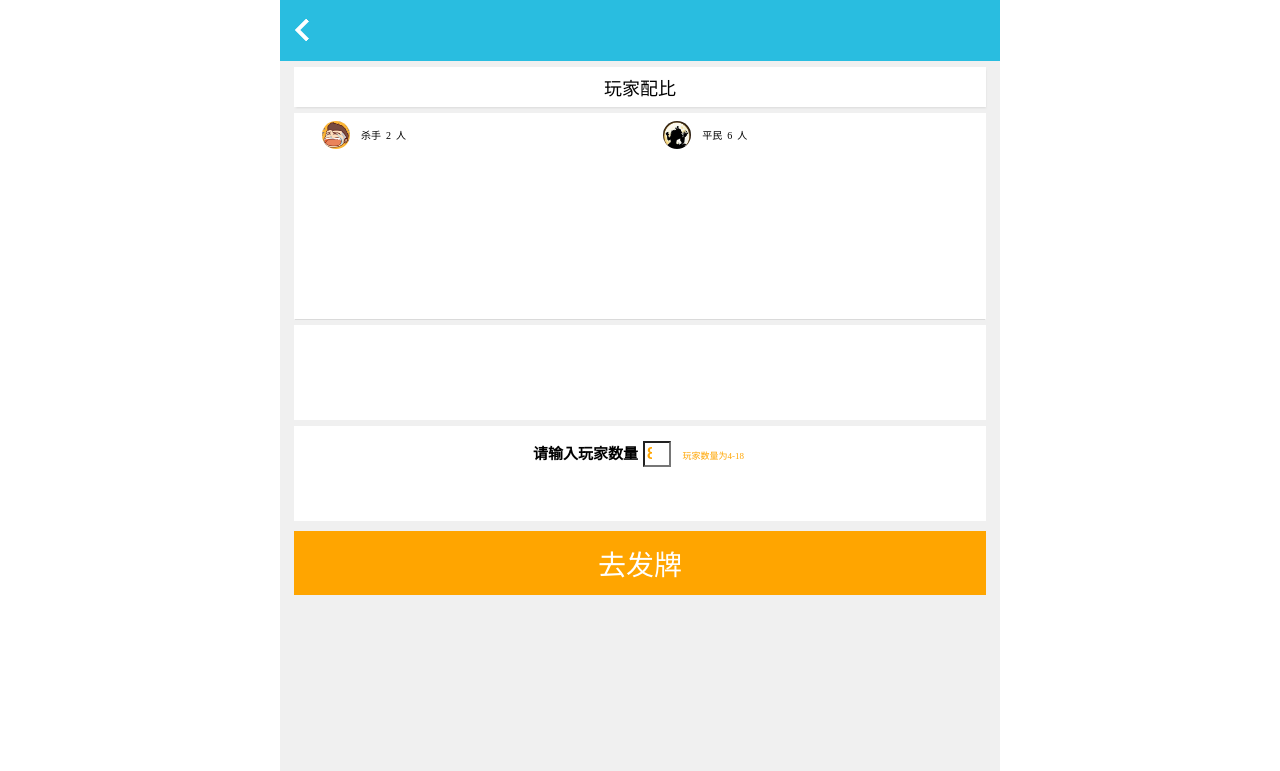
Repository: leozhangpd/My-Codes
Page: JS/two-project/deploy_page.html
These files come from the project's save history. The page is drawn as it stood at one moment and after a run of saves; the edit follows.
The browser window is 1280 px wide. The pictures show the whole page.

Above is the page before, as saved 2020-11-09 17:53:04.

### JS/two-project/deploy_page.html
<!DOCTYPE html>
<html lang="en">
    <head>
        <meta charset="UTF-8">
        <meta name="viewport" content="width=device-width,initial-scale=1.0,maximum-scale=1.0,user-scalable=0" />
        <link rel="stylesheet" href="css/deploy_page.css" type="text/css">
        <title>匹配</title>
    </head>
    <body>
        <header>
            <a href='home_page.html'></a>
        </header>
        <main>
            <div class="title">玩家配比</div>
            <ul class="list">
                <li>
                    <img src="images/footman.png">
                    <span>杀手&nbsp;&nbsp;2&nbsp;&nbsp;人</span>
                </li>
                <li>
                    <img src="images/wolf.png">
                    <span>平民&nbsp;&nbsp;6&nbsp;&nbsp;人</span>
                </li>
            </ul>
            <div class="work-group"></div>
            <div class="player-number">
                <span>请输入玩家数量</span>&nbsp;
                <input type="number" value="8">&nbsp;&nbsp;
                <span>玩家数量为4-18</span>
            </div>
            <botton id="btn">去发牌</botton>
        </main>
        <footer></footer>
    </body>
</html>

### JS/two-project/css/deploy_page.css
ul{
    list-style-type: none;
    margin: 0;padding: 0;
}
button{
    outline: none;
    border:none;
}
html{
    font-size: 62.5%;
    background: #fff;
    height: 100vh;
}
body{
    height: 100%;
    margin:0 auto;
    padding-bottom: 4%;
    max-width: 720px;
    min-width: 320px;
    background: #f0f0f0;
}
header{
    padding: 3% 5% 3% 2.5%;
    background-color: #29bde0;
}
header>a{
    display: inline-block;
    padding: 8px;
    box-shadow: inset 4px -4px 0 0 #ffffff;
    transform: rotate(45deg);
}
header>button div{
    margin-top: .5rem;
    height: .3rem;
    background-color: #fff;
}
main{
    margin:0 auto;
    width: 96%;
}
main>*{background-color: #fff;}
.title{
    padding: .7rem 0;
    margin: .6rem 0;
    text-align: center;
    font-size: 1.8rem;
    font-weight: 540;
    box-shadow: 1px 2px 2px -1px rgb(218, 218, 218);
}
.list{
    min-height: 19rem;
    padding: 8px 0;
    box-shadow: 0 2px 0 -1px rgb(218, 218, 218);
}
.list>li{
    display: inline-block;
    width: 45%;
    margin-left: 4%;
}
.list img{
    float: left;
    width: 28px;
    border-radius: 50%;
}
.list>li>span{
    display: block;
    padding: 6px 0 0 39px;
}
.work-group,
.player-number{
    margin: .6rem 0;
    padding: 1.5rem 3rem;
    min-height: 6.5rem;
    text-align: center;
}
.player-number>span:nth-child(1),
.player-number>input{
    font-size: 1.5rem;
    font-weight: bold;
}
.player-number>input{
    font-size: 1.6rem;
    width: 2rem;
    height: 2rem;
    text-align: center;
    background-color: white;
}
.player-number>input,
.player-number>span:nth-of-type(2){
    color: orange;
}
.player-number>span:nth-of-type(2){
    display: inline-block;
    transform: scale(0.9);
}
#btn{
    display: inline-block;
    width: 100%;
    margin-top: 4px;
    padding: 1.2rem 0;
    text-align: center;
    font-size: 2.8rem;
    color: white;
    background: orange;
}

After the next 2 saves:
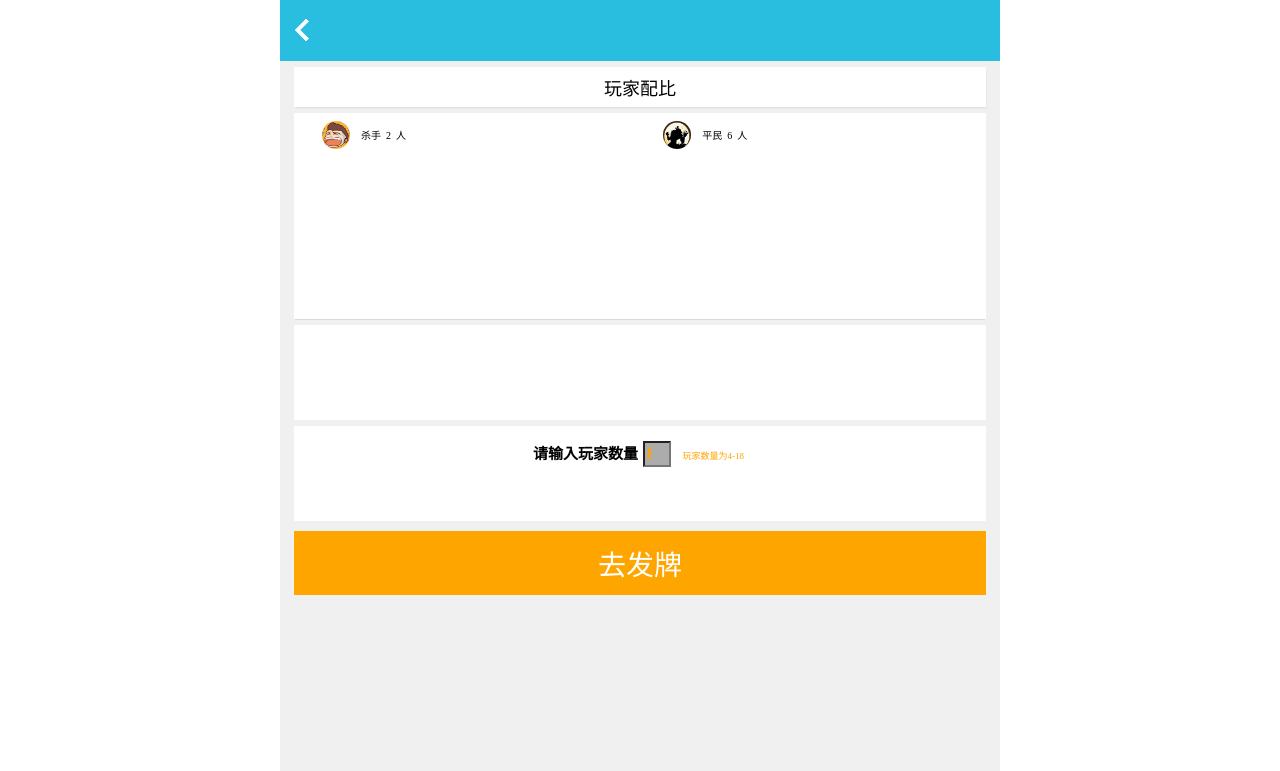
The 2 saves are shown as one change because they came seconds apart.
The last was saved 7 s later.
--- a/JS/two-project/css/deploy_page.css
+++ b/JS/two-project/css/deploy_page.css
@@ -83,7 +83,7 @@ main>*{background-color: #fff;}
     width: 2rem;
     height: 2rem;
     text-align: center;
-    background-color: white;
+    background-color: rgb(172, 172, 172);
 }
 .player-number>input,
 .player-number>span:nth-of-type(2){
